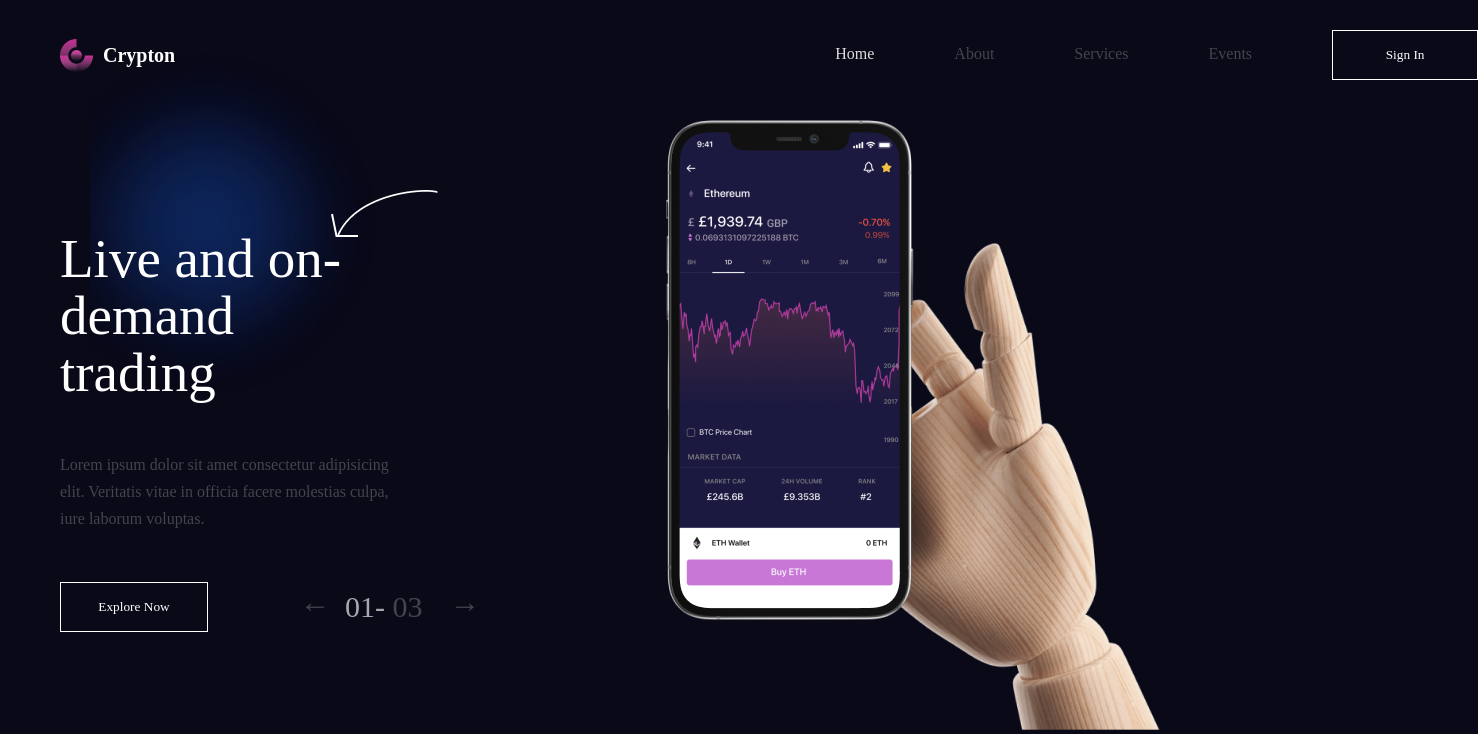
Repository: isaacCodes1/Crypton-Website
Page: index.html
An editor plug-in stored every save of this project. The page is shown before and after a run of saves, followed by the edit.
The browser window is 1280 px wide. The page is 1478 px wide, so the pictures cover 1478 px, including what lies to the right of the window. The pictures show the whole page.

Above is the page before, as saved 2024-05-14 20:55:19.

### index.html
<!DOCTYPE html>
<html lang="en">
  <head>
    <meta charset="UTF-8" />
    <meta name="viewport" content="width=device-width, initial-scale=1.0" />
    <link rel="stylesheet" href="style.css" />
    <title>Crypton HomePage</title>
  </head>
  <body>
    <header>
      <nav>
        <div class="headerGen">
          <div class="logo">
            <img class="logoImage" src="/Assets/Group 605.png" alt="" />
            <p class="logoText">Crypton</p>
            <ul>
              <li>Home</li>
              <li style="color: #d6d5d54a">About</li>
              <li style="color: #d6d5d54a">Services</li>
              <li style="color: #d6d5d54a">Events</li>
              <button class="sign">Sign In</button>
            </ul>
          </div>
        </div>
      </nav>
    </header>
    <section>
      <div class="firstSectionGeneral">
        <div class="liveTexts">
          <h1 class="liveText"><span><img class="shadow" src="/Assets/shadow.png" alt=""></span><span><img class="arrow" src="/Assets/Arrow_03.png" alt=""></span>Live and on-demand trading</h1>
          <p class="lorem">
            Lorem ipsum dolor sit amet consectetur adipisicing elit. Veritatis
            vitae in officia facere molestias culpa, iure laborum voluptas.
          </p>
          <button class="explore">Explore Now</button>
          <span class="rArrow">&#8592;</span>
          <p class="innerP">01- <span class="theBrownNumber">03</span></p>
          <span class="lArrow">&#8594;</span>
        </div>
      </div>
    </section>
    <section>
      <div class="handDiv">
        <div class="woodenHand">
          <img class="wood" src="/Assets/iPhone 12 Pro (Wooden Hands).png
          " alt="">
          <img class="hand" src="/Assets/Hand.png" alt="">
        </div>
      </div>
    </section>
  </body>
</html>

### style.css
    * {
    margin: 0;
    padding: 0;
    box-sizing: border-box;
    font-family: "poppins";
    }
body{
    background-color: rgb(9, 9, 24);
}
/* NavBar */
.logo {
    display: flex;
    align-items: center;
    gap: 10px;
    padding-top: 30px;
    margin-left: 60px;
    margin-bottom: 150px;
    cursor: pointer;
}
.logoText{
    font-size: 20px;
    color: #fff;
    margin-right: 650px;
    font-weight: 600;
}
.logo ul{
    display: flex;
    color: #dedcdc;
    list-style: none;
    gap: 80px;
    display: flex;
    align-items: center;
    cursor: pointer;
}
    .logo ul li {
        list-style: none;
        display: inline-block;
        /* padding: 8px 12px; */
        position: relative;
    }
    .logo ul li::after {
        content: "";
        width: 0%;
        height: 2px;
        background: #fff;
        display: block;
        margin: auto;
        transition: 0.5s;
    }
    .logo ul li:hover::after {
        width: 70%;
    }

.sign{
    width: 146px;
    height: 50px;
    border: 1px solid #fff;
    background: transparent;
    color: #fff;
    cursor: pointer;
}
/* Landing Page */
.liveTexts{
    /* display: flex; */
}
.liveText{
    display: flex;
    flex-direction: column;
    font-size: 55px;
    width: 340px;
    line-height: 57px;
    color: #fff;
    margin-left: 60px;
    font-weight: normal;
    margin-bottom: 50px;
}
.shadow{
    width: 25%;
    position: absolute;
    top: 20px;
    left: 90px;
    z-index: -1;
}
.lorem{
    color: #d6d5d54a;
    width: 27%;
    margin-left: 60px;
    line-height: 27px;
    margin-bottom: 50px;
}
.explore{
    margin-left: 60px;
    width: 148px;
    height: 50px;
    background: transparent;
    color: #fff;
    border: 1px solid #fff;
}
.arrow{
    position: absolute;
    top: 120px;
    left: 290px;
}
.rArrow{
    position: absolute;
    font-size: 30px;
    top: 585px;
    left: 300px;
    margin-right: 200px;
    color: #d6d5d54a;
    display: flex;
    align-items: center;
}
.lArrow{
    position: absolute;
    font-size: 30px;
    top: 585px;
    left: 450px;
    color: #d6d5d54a;
    display: flex;
    align-items: center;
}
.innerP{
    position: absolute;
    left: 345px;
    top: 590px;
    color: #ffffffa4;
    font-size: 30px;
}
.theBrownNumber{
    color: #d6d5d54a;
}
/* Wooden Hand Image */
.handDiv{
    display: flex;
    position: absolute;
    top: 190px;
    right: 120px;
}
.hand{
    height: 75vh;
}
.wood{
    position: absolute;
    right: 246px;
    top: -70px;
}

After the next 2 saves:
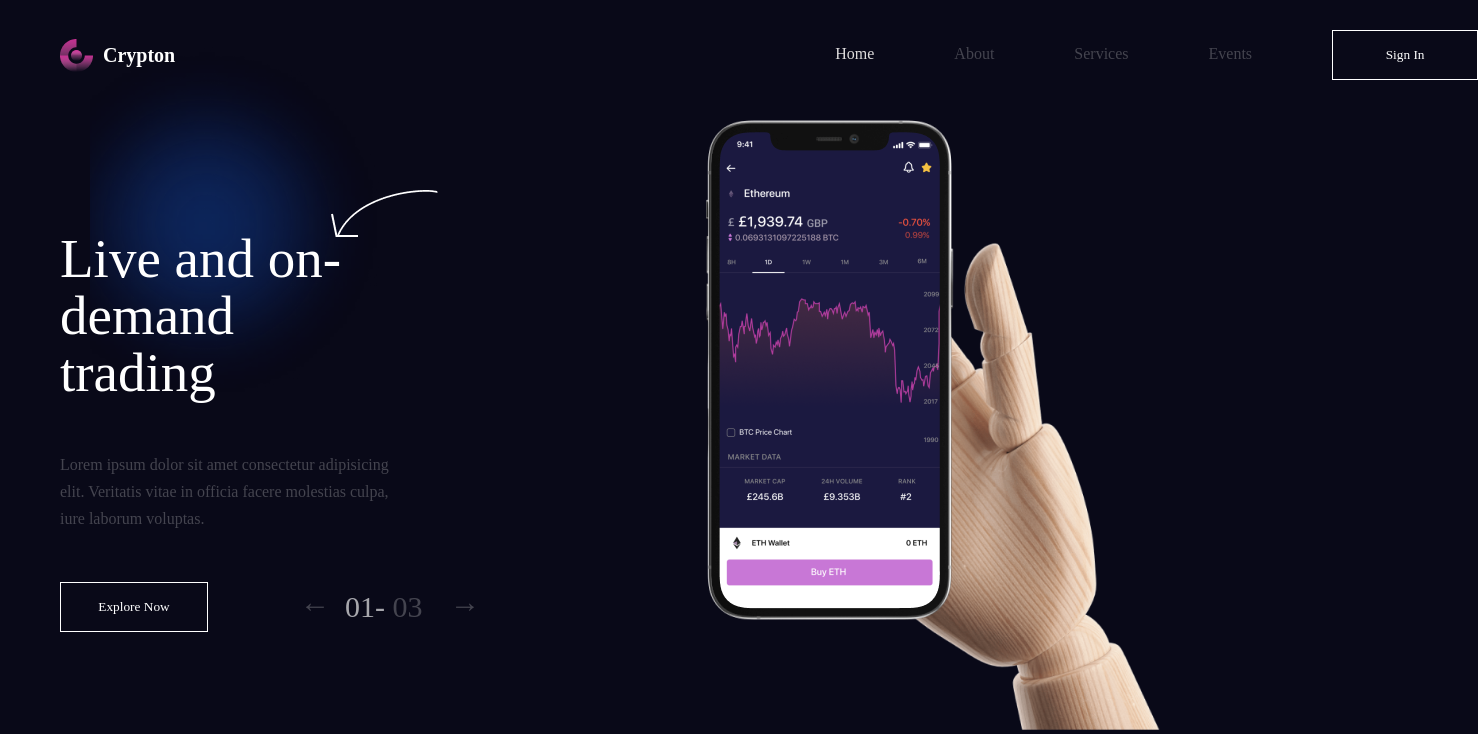
The 2 saves are shown as one change because they came seconds apart.
The last was saved 10 s later.
--- a/style.css
+++ b/style.css
@@ -142,6 +142,6 @@ body{
 }
 .wood{
     position: absolute;
-    right: 246px;
+    right: 206px;
     top: -70px;
 }
